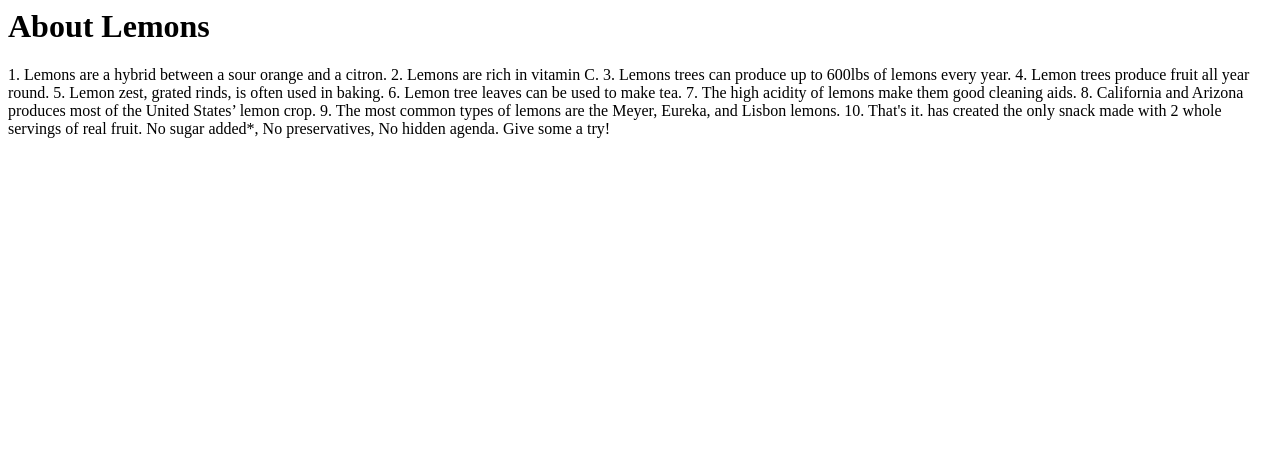
Repository: Lancepatrimonio/LancePatrimonio.github.io
Page: about.html
The author's editor kept a record of every edit. The page is drawn from the files as they stood at one moment, then again after the next edit.
The browser window is 1280 px wide. The pictures show the whole page.

Above is the page before.

After the next edit:
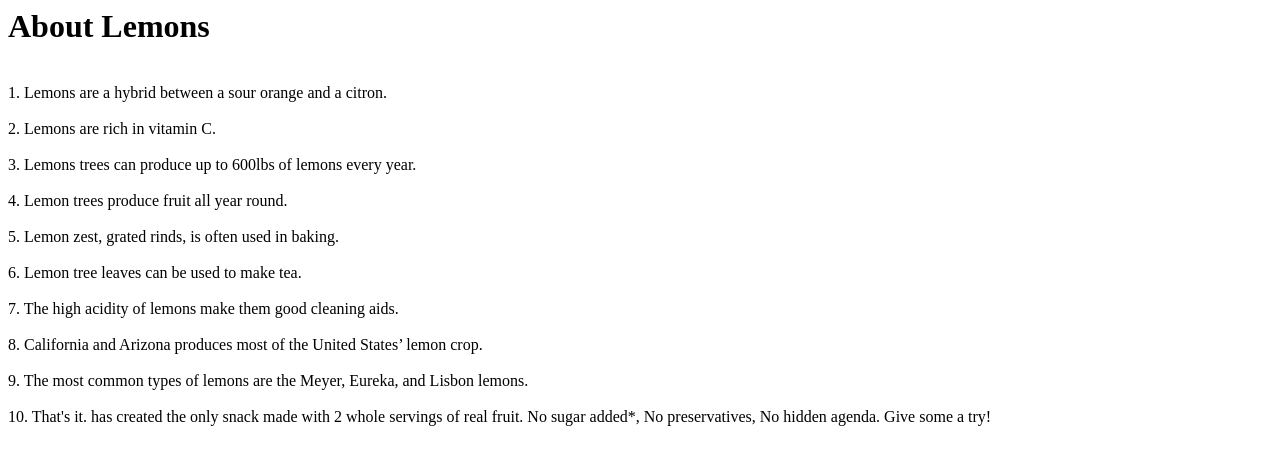
The edit:
--- a/about.html
+++ b/about.html
@@ -1,16 +1,16 @@
 <html>
     <body>
         <h1>About Lemons</h1>
-        <p>1. Lemons are a hybrid between a sour orange and a citron.
-2. Lemons are rich in vitamin C.
-3. Lemons trees can produce up to 600lbs of lemons every year.
-4. Lemon trees produce fruit all year round.
-5. Lemon zest, grated rinds, is often used in baking.
-6. Lemon tree leaves can be used to make tea.
-7. The high acidity of lemons make them good cleaning aids.
-8. California and Arizona produces most of the United States’ lemon crop.
-9. The most common types of lemons are the Meyer, Eureka, and Lisbon lemons.
-10. That's it. has created the only snack made with 2 whole servings of real fruit. No sugar added*, No preservatives, No hidden agenda. Give some a try!</p>
+        <p><br>1. Lemons are a hybrid between a sour orange and a citron.</br>
+<br>2. Lemons are rich in vitamin C.</br>
+<br>3. Lemons trees can produce up to 600lbs of lemons every year.</br>
+<br>4. Lemon trees produce fruit all year round.</br>
+<br>5. Lemon zest, grated rinds, is often used in baking.</br>
+<br>6. Lemon tree leaves can be used to make tea.</br>
+<br>7. The high acidity of lemons make them good cleaning aids.</br>
+<br>8. California and Arizona produces most of the United States’ lemon crop.</br>
+<br>9. The most common types of lemons are the Meyer, Eureka, and Lisbon lemons.</br>
+<br>10. That's it. has created the only snack made with 2 whole servings of real fruit. No sugar added*, No preservatives, No hidden agenda. Give some a try!</p></br>
 
 
     </body>
